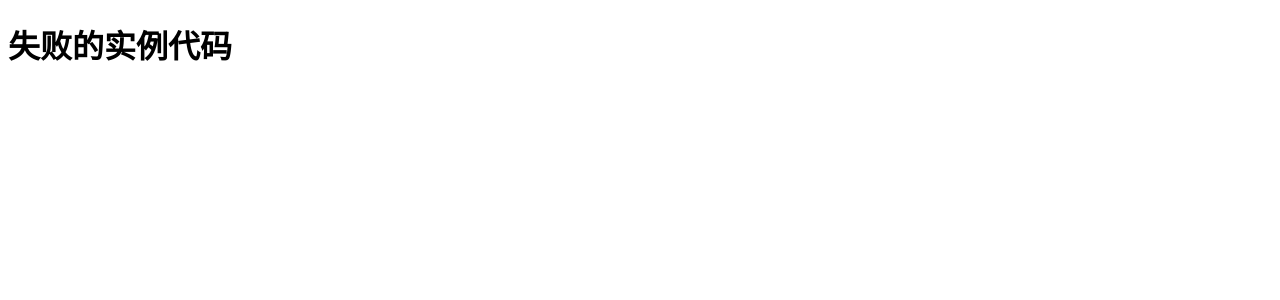
Repository: bookFireFly/bookFireFly
Page: HtmlAndCSS/改变鼠标的形状 失败的实例代码.html
These files come from the project's save history. The page is drawn as it stood at one moment and after the next save; the edit follows.
The browser window is 1280 px wide. The pictures show the whole page.

Above is the page before, as saved 2017-10-18 07:34:09.

After the next save:
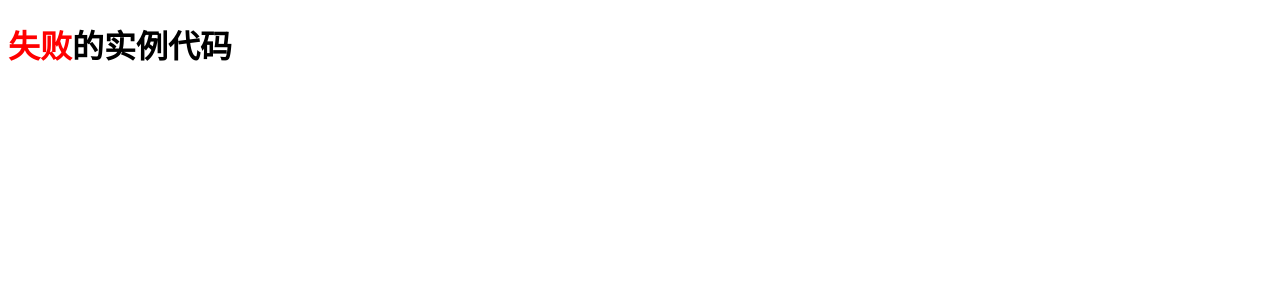
Saved 4 min 9 s later.
--- a/HtmlAndCSS/改变鼠标的形状 失败的实例代码.html
+++ b/HtmlAndCSS/改变鼠标的形状 失败的实例代码.html
@@ -5,6 +5,6 @@
 <title>改变鼠标的形状</title>
 </head>
 <body>
-<h1 color="red">失败的实例代码</h1>
+<h1><font color="red">失败</font>的实例代码</h1>
 </body>
 </html>
